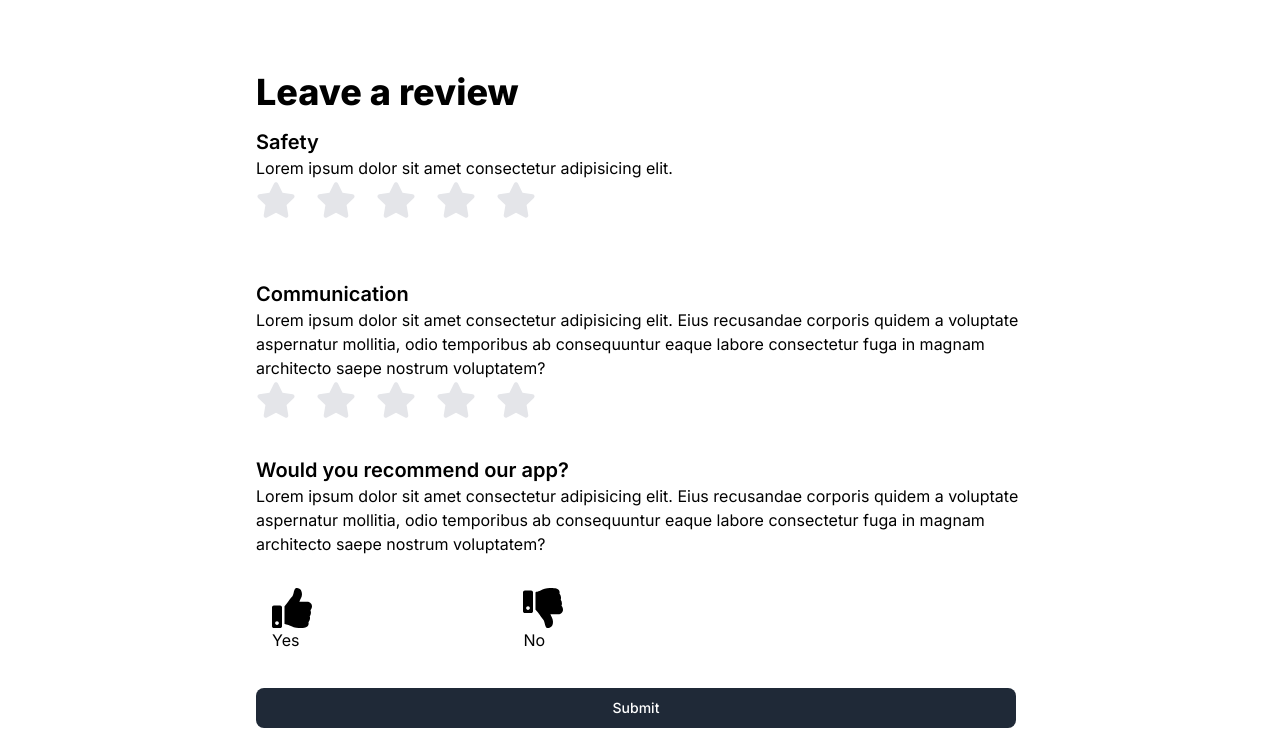
Repository: akankshaajoshi/review-form
Page: /review
The author's editor kept a copy of each file at every save. The page is drawn from the files as they stood at one save, then again after the next save.
The browser window is 1280 px wide. The pictures show the whole page.
The project was rebuilt for these pictures with package versions that can differ from the ones it lists, and the page was loaded fresh each time. The framework's server and built-in components were replaced by stand-ins that run in the browser. Also part of the build but not shown: next.config.mjs.

Above is the page before, as saved 2024-05-25 13:54:21.

After the next save:
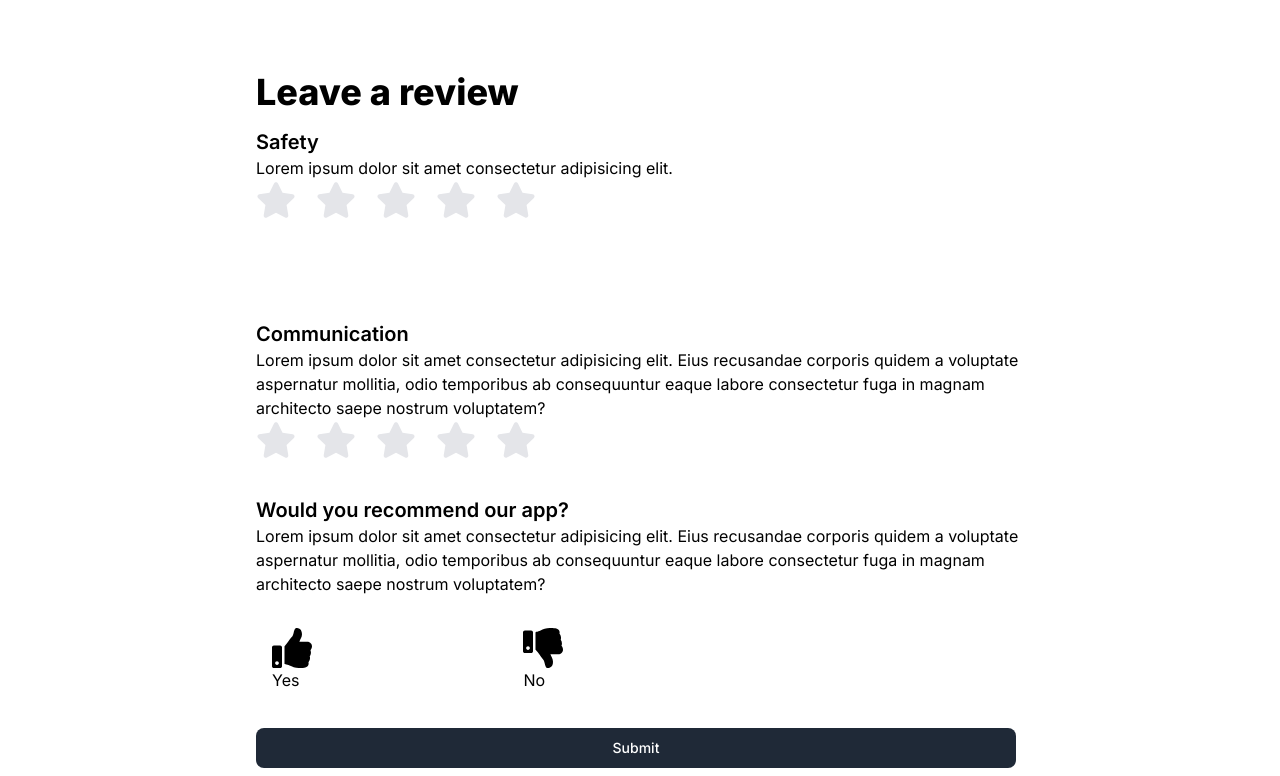
Saved 4 s later.
--- a/app/(routes)/review/page.tsx
+++ b/app/(routes)/review/page.tsx
@@ -29,7 +29,7 @@
             {state?.type === "success" && <p className="text-lg p-2 text-white rounded-md bg-green-500">{state?.message}</p>}
             {state?.type === "error" && <p className="text-lg p-2 text-white rounded-md bg-red-500">{state?.message}</p>}
             <form action={formAction} className="flex flex-col lg:gap-y-[20px] sm:gap-y-[30px]">
-                <fieldset className="pb-4 sm:pb-[40px]">
+                <fieldset className="pb-4 sm:pb-[80px]">
                     <label htmlFor="safety" className="text-xl font-semibold">Safety</label>
                     <p>Lorem ipsum dolor sit amet consectetur adipisicing elit. </p>
                     <StarRating name="safety"/>

After the save that followed:
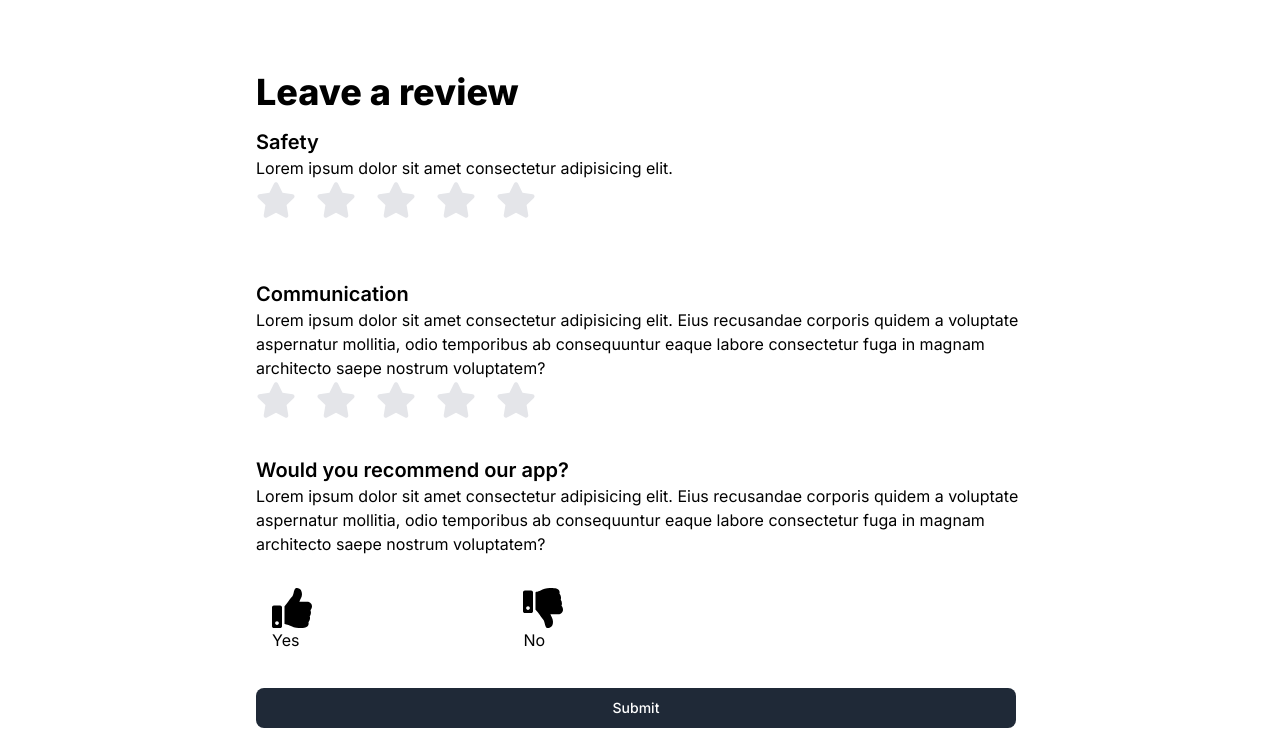
Saved 16 s later.
--- a/app/(routes)/review/page.tsx
+++ b/app/(routes)/review/page.tsx
@@ -29,7 +29,7 @@
             {state?.type === "success" && <p className="text-lg p-2 text-white rounded-md bg-green-500">{state?.message}</p>}
             {state?.type === "error" && <p className="text-lg p-2 text-white rounded-md bg-red-500">{state?.message}</p>}
             <form action={formAction} className="flex flex-col lg:gap-y-[20px] sm:gap-y-[30px]">
-                <fieldset className="pb-4 sm:pb-[80px]">
+                <fieldset className="sm:pb-[40px] pb-4">
                     <label htmlFor="safety" className="text-xl font-semibold">Safety</label>
                     <p>Lorem ipsum dolor sit amet consectetur adipisicing elit. </p>
                     <StarRating name="safety"/>
